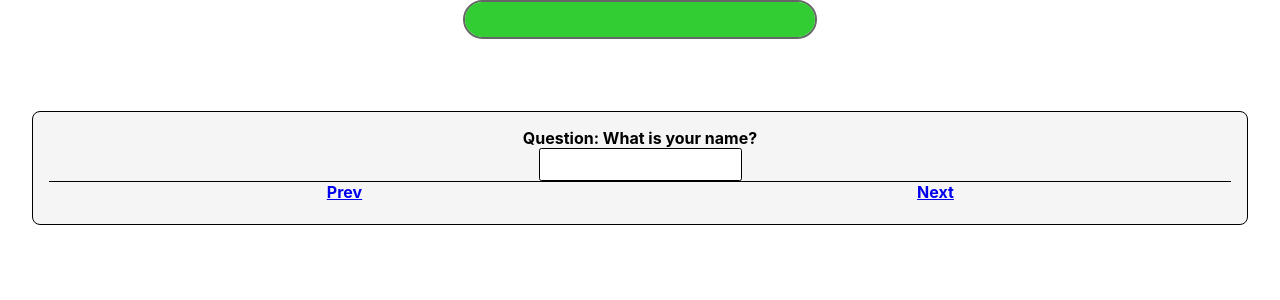
Repository: TheRungtaLibrary/survey
Page: /
The author's editor kept a copy of each file at every save. The page is drawn from the files as they stood at one save, then again after the next save.
The browser window is 1280 px wide. The pictures show the whole page.
The project was rebuilt for these pictures with package versions that can differ from the ones it lists, and the page was loaded fresh each time. Also part of the build but not shown: src/App.css, src/components/Steps/Step2/Step2.js, src/components/Steps/Step3/Step3.js, src/components/Steps/Summary/Summary.scss, src/components/Steps/Summary/Summary.js.

Above is the page before, as saved 2020-03-19 15:31:18.

### src/App.js
import React from 'react';
import {
  BrowserRouter as Router,
  Switch,
  Route
} from "react-router-dom";
import "./App.css";
import {SurveyProvider} from "./contexts/SurveyContext";
import Steps from "./components/Steps/Steps";
import { ProgressBarContainer } from "./components/ProgressBarContainer/ProgressBarContainer";
//import NavigationFooter from "./components/NavigationFooter/NavigationFooter";


function App() {
  return (
    <div className="app">
      <Router>
        <Switch>
          <Route path="/">
            <SurveyProvider>
              <ProgressBarContainer />
              <Steps />
            </SurveyProvider>
          </Route>
        </Switch>
      </Router>
    </div>
  );

}

export default App;

### src/contexts/SurveyContext.js
import React from "react";
import { useHistory } from "react-router-dom";
import { useStateWithLocalStorage } from "../utils/useStateWithLocalStorage";
const SurveyContext = React.createContext(null);
export const SurveyConsumer = SurveyContext.Consumer;

export function SurveyProvider({children}) {
    const [info, setInfo] = useStateWithLocalStorage("formData");
    let [currentStep, setCurrentStep] = React.useState(0);
    const history = useHistory();
    const len = 3;

    React.useEffect(() => {
        if(info.length === len) {
            history.push("/steps/summary");
        }
      }, [info]);

    const setSurveyData = (dataObj)  => {
        setInfo([...info, ...dataObj]);
        setCurrentStep(++currentStep);
    }

    const getSurveyData = () => {
        return localStorage.getItem('formData');
    };

    const decreaseSurveyStep = ()  => {
        setCurrentStep(--currentStep);
    }

    const increaseSurveyStep = () => {
        setCurrentStep(++currentStep);
    };

    const getCurrentStep = () => {
        return currentStep;
    };

    const resetCurrentStep = () => {
        setCurrentStep(0);
    };

    const surveyContextValue = {
        getSurveyData,
        setSurveyData,
        increaseSurveyStep,
        decreaseSurveyStep,
        getCurrentStep,
        currentStep,
        resetCurrentStep
    }

    return (
        <SurveyContext.Provider value={surveyContextValue}>
			{children}
		</SurveyContext.Provider>
    );
}

export default SurveyContext;

### src/components/Steps/Steps.js
import React from 'react';
import {BrowserRouter as Router, Route, Switch} from 'react-router-dom';
import Step1 from './Step1/Step1';
import Step2 from './Step2/Step2';
import Step3 from './Step3/Step3';
import Summary from './Summary/Summary';

/**
* This is the functional component for Home
* @constructor
*/
function Steps(){

	return (
		<Router>
			<div>
                <Switch>
                    <Route exact path='/' component={Step1} />
                    <Route exact path='/steps/1' component={Step1} />
                    <Route exact path="/steps/2" component={Step2} />
                    <Route exact path="/steps/3" component={Step3} />
                    <Route exact path="/steps/summary" component={Summary} />
                </Switch>
			</div>
		</Router>
	);
}

export default Steps;

### src/components/ProgressBarContainer/ProgressBarContainer.js
import React, {useState, useEffect} from 'react';
import './ProgressBarContainer.css';
import { SurveyConsumer } from "../../contexts/SurveyContext";

// pass percentRange state through props to Range an ProgressBar components
const Range = (props) => {
    return (
        // render current the filled range of progress bar along its width
        <div className="range" style={{width: `${props.percentRange}%`}}/>
    );
};

const ProgressBar = (props) => {
  return (
      <div className="progress-bar">
          {/*render available progress bar’s limit*/}
          <Range percentRange={props.percentRange}/>
      </div>
  );
};


function EffectedFn() {
    const [loading, setLoading] = useState(true);

    useEffect(() => {
      setTimeout(() => {
        setLoading(false);
      }, 1000 * 10);
    });

    return (
      <div>
        {loading && <span>Loading...</span>}
        {!loading && <span>All Done!</span>}
      </div>
    );
  }

export const ProgressBarContainer = () => {
  let [percentRange, setProgress] = useState(0);

  return (

    <SurveyConsumer>
    {({currentStep}) =>
      <div className="container">
        <ProgressBar percentRange={() => setProgress(currentStep * 20 < 80 ?
                currentStep * 20 : 0)}/>
    </div>
    }
  </SurveyConsumer>


  );
};

### src/utils/useStateWithLocalStorage.js
import React from 'react';

export const useStateWithLocalStorage = localStorageKey => {
  const [value, setValue] = React.useState(
    () => JSON.parse(window.localStorage.getItem(localStorageKey)) || ""
  );

  React.useEffect(() => {
    window.localStorage.setItem(localStorageKey, JSON.stringify(value));
  }, [localStorageKey, value]);

  return [value, setValue];
};

### src/components/Steps/Step1/Step1.js
import React from 'react';
import {Link} from 'react-router-dom';
import './Step1.scss'
import SurveyContext from '../../../contexts/SurveyContext';

/**
 * Calculator component
 */
const Step1 = () => {
  const [name, setName] = React.useState("");
  const surveyContext = React.useContext(SurveyContext);

  /**
   * Handler for submit event for calculator form
   * @param {Event} event
   */
  const onSubmit = () => {
    /**
     * Pass Url to aync data loader in context provider
     */
    surveyContext.setSurveyData([{'name':name}])
  }

  const onPrev = () => {
    surveyContext.decreaseSurveyStep();
  }

    return (
      <form onSubmit={onSubmit} className="input-container panel">
        <label>Question: What is your name?</label>
        <input type="text" onChange={e => {setName(e.target.value)}} required/>
        <div className="nav-footer">
          <div>
          <Link to="/steps/0" onClick={onPrev}>Prev</Link>
          </div>
          <div>
            <Link to="/steps/2" onClick={onSubmit}>Next</Link>
          </div>
        </div>
      </form>
    );
}

export default Step1;

### src/components/ProgressBarContainer/ProgressBarContainer.css


.container {
    display: flex;
    justify-content: center;
    align-items: center;
    flex-direction: column;
    width: 100%;
    height: auto;
}

.progress-bar {
    width: 350px;
    height: 35px;
    border-radius: 50px;
    border: 2px solid #666;
    margin-bottom: 40px;
}

.range {
    background: limegreen;
    height: 100%;
    border-radius: inherit;
    transition: width .3s ease-in;
}

.toggle-buttons button {
    margin: 0 10px;
    padding: 7px 20px;
    border-radius: 5px;
    outline: 0;
    cursor: pointer;
}

.toggle-buttons button:hover {
    color: white;
    background: #666;
}

### src/components/Steps/Step1/Step1.scss
.panel {
    background-color: hsl(0, 0%, 95%);
    border-radius: .5rem;
    height: 5rem;
    border: solid 1px black;
    padding: 2rem;
    margin: 2rem;
    background: #f5f5f5;
    font-weight: bold;
    align-items: center;
  }

.input-container{
  display: flex;
  flex-direction: column;
  text-align: center;
}

.input-container input{
    padding: .5rem .75rem;
    border: solid 1px black;
    border-radius: .15rem;
    text-align: center;
}

.nav-footer {
  width: 100%;
  display: flex;
  border-top: solid 1px black;
  div {
    width: 50%;
  }
}

@media screen and (max-width: 580px) and (min-width: 375px) {
    .calculator-widget {
     display: flex;
     flex-flow: column nowrap;
     justify-content: space-around;
     align-items: center;
  }

  .panel{
    height: 10rem;
  }
}

### src/components/Steps/Step2/Step2.scss
.calculator-widget{
    display: flex;
    flex-direction: row nowrap;
}

.panel {
    background-color: hsl(0, 0%, 95%);
    border-radius: .5rem;
    height: 5rem;
    border: solid 1px black;
    padding: 2rem;
    margin: 2rem;
    background: #f5f5f5;
    font-weight: bold;
    align-items: center;
  }

.input-container{
    flex-grow:1;
    padding: 1rem;
    text-align: center;
}

.input-container input{
    padding: .5rem .75rem;
    border: solid 1px black;
    border-radius: .15rem;
    text-align: center;
}

@media screen and (max-width: 580px) and (min-width: 375px) {
    .calculator-widget {
     display: flex;
     flex-flow: column nowrap;
     justify-content: space-around;
     align-items: center;
  }

  .panel{
    height: 10rem;
  }
}

### src/components/Steps/Step3/Step3.scss
.calculator-widget{
    display: flex;
    flex-direction: row nowrap;
}

.panel {
    background-color: hsl(0, 0%, 95%);
    border-radius: .5rem;
    height: 5rem;
    border: solid 1px black;
    padding: 2rem;
    margin: 2rem;
    background: #f5f5f5;
    font-weight: bold;
    align-items: center;
  }

.input-container{
    flex-grow:1;
    padding: 1rem;
    text-align: center;
}

.input-container input{
    padding: .5rem .75rem;
    border: solid 1px black;
    border-radius: .15rem;
    text-align: center;
}

@media screen and (max-width: 580px) and (min-width: 375px) {
    .calculator-widget {
     display: flex;
     flex-flow: column nowrap;
     justify-content: space-around;
     align-items: center;
  }

  .panel{
    height: 10rem;
  }
}

Loaded but not shown: public/index.html (common file); src/index.js (common file); src/index.css (common file); src/serviceWorker.js (common file)

After the next save:
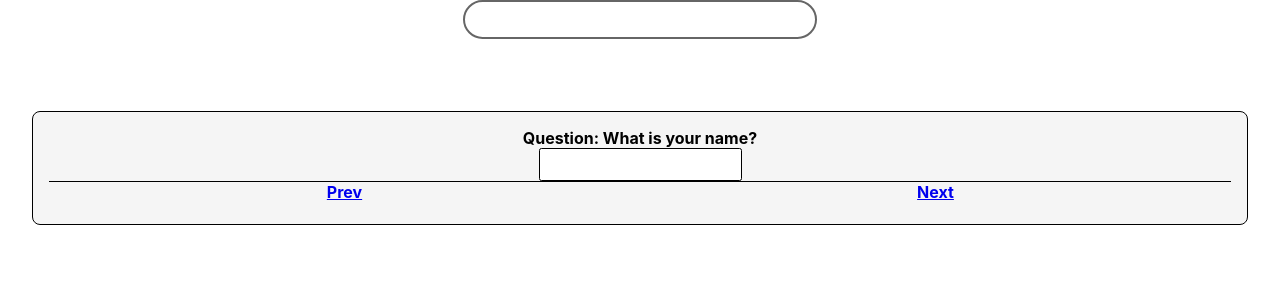
Saved 16 s later.
--- a/src/components/ProgressBarContainer/ProgressBarContainer.js
+++ b/src/components/ProgressBarContainer/ProgressBarContainer.js
@@ -45,8 +45,7 @@
     <SurveyConsumer>
     {({currentStep}) =>
       <div className="container">
-        <ProgressBar percentRange={() => setProgress(currentStep * 20 < 80 ?
-                currentStep * 20 : 0)}/>
+        <ProgressBar percentRange={currentStep * 20}/>
     </div>
     }
   </SurveyConsumer>

After the 6 saves that followed:
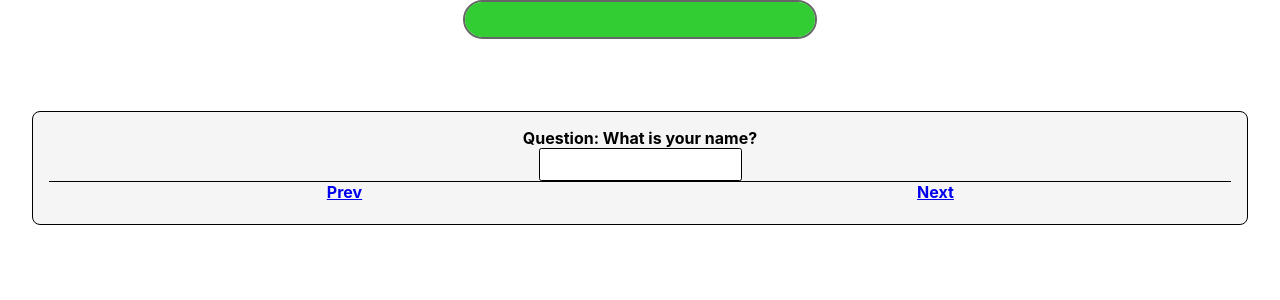
The 6 saves are shown as one change because 2 did not build or start and 3 left the picture as it was.
The last was saved 11 min 8 s later.
--- a/src/components/ProgressBarContainer/ProgressBarContainer.js
+++ b/src/components/ProgressBarContainer/ProgressBarContainer.js
@@ -37,15 +37,19 @@
     );
   }
 
-export const ProgressBarContainer = () => {
-  let [percentRange, setProgress] = useState(0);
+export const ProgressBarContainer = (props) => {
+  let [percentRange, setProgress] = useState(props.currentStep * 20);
+
+  useEffect(() => {
+    setProgress(props.currentStep);
+}, [props])
 
   return (
 
     <SurveyConsumer>
     {({currentStep}) =>
       <div className="container">
-        <ProgressBar percentRange={currentStep * 20}/>
+        <ProgressBar percentRange={percentRange}/>
     </div>
     }
   </SurveyConsumer>
